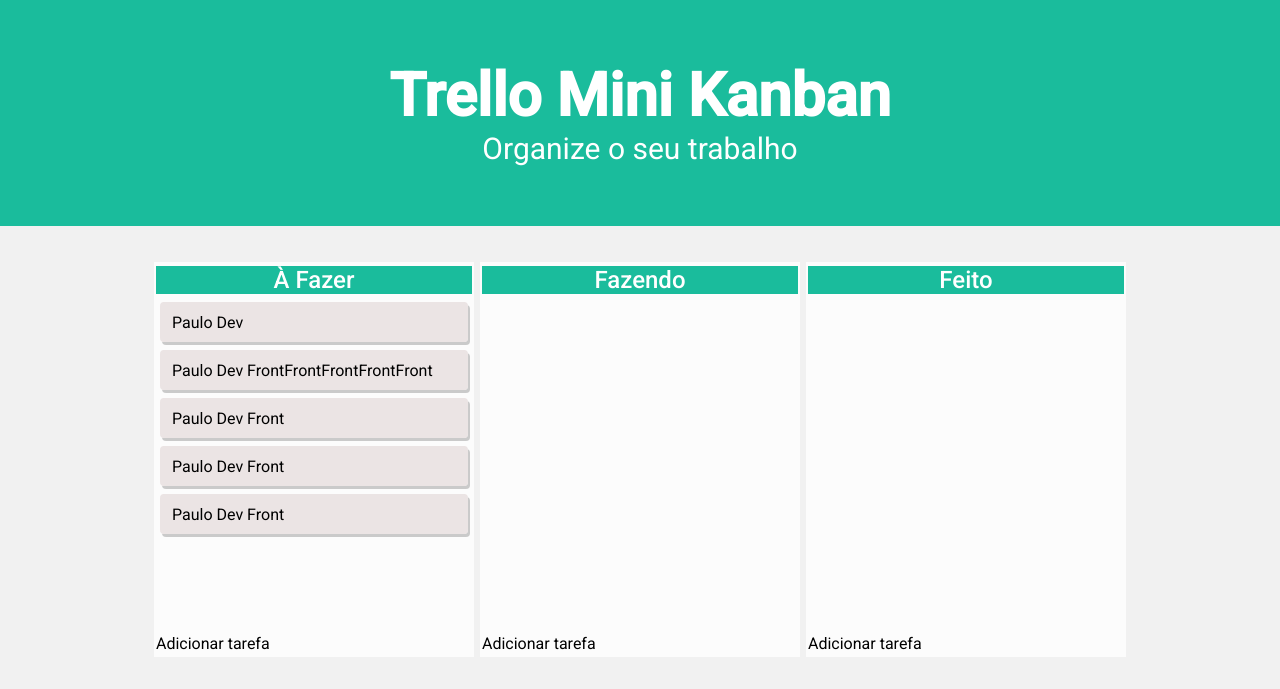
Repository: douglasabnovato/byteclass
Page: trello-mini-kanban/index.html
The author's editor kept a copy of each file at every save. The page is drawn from the files as they stood at one save, then again after the next save.
The browser window is 1280 px wide. The pictures show the whole page.

Above is the page before, as saved 2025-07-31 21:26:07.

### trello-mini-kanban/index.html
<!DOCTYPE html>
<html>
  <head>
    <meta charset="UTF-8" />
    <meta http-equiv="X-UA-Compatible" content="IE=edge" />
    <meta name="viewport" content="width=device-width, initial-scale=1.0" />
    <link
      rel="stylesheet"
      href="https://cdnjs.cloudflare.com/ajax/libs/font-awesome/4.7.0/css/font-awesome.min.css"
    />
    <title>Trello Mini Kanban</title>
    <link rel="stylesheet" href="./style.css" />
  </head>

  <body>
    <div id="home" class="container content">
      <header>
        <h1>Trello Mini Kanban</h1>
        <p>Organize o seu trabalho</p>
      </header>

      <main>
        <div class="board">
          <h3 class="title">À Fazer</h3>
          <ul
            id="a-fazer"
            class="todo-list"
            ondrop="drop(event, this.id)"
            ondragover="over(event)"
          >
            <li>Paulo Dev </li>
            <li>Paulo Dev FrontFrontFrontFrontFront</li>
            <li>Paulo Dev Front</li>
            <li>Paulo Dev Front</li>
            <li>Paulo Dev Front</li>
          </ul>
          <div class="add-card" onclick="addCard(this)">
            <p>Adicionar tarefa</p>
          </div>
        </div>

        <div class="board">
          <h3 class="title">Fazendo</h3>
          <ul
            id="fazendo"
            class="todo-list"
            ondrop="drop(event, this.id)"
            ondragover="over(event)"
          ></ul>
          <div class="add-card" onclick="addCard(this)">
            <p>Adicionar tarefa</p>
          </div>
        </div>

        <div class="board">
          <h3 class="title">Feito</h3>
          <ul
            id="feito"
            class="todo-list"
            ondrop="drop(event, this.id)"
            ondragover="over(event)"
          ></ul>
          <div class="add-card" onclick="addCard(this)">
            <p>Adicionar tarefa</p>
          </div>
        </div>
      </main>
    </div>

    <script src="./script.js"></script>
  </body>
</html>

### trello-mini-kanban/style.css
@import url("https://fonts.googleapis.com/css2?family=Roboto:wght@100;300;400;500&display=swap");

* {
  box-sizing: border-box;
  margin: 0;
}

body {
  background-color: #f1f1f1;
  font-family: "Roboto", sans-serif;
}

header {
  padding: 60px;
  text-align: center;
  background: #1abc9c;
  color: white;
  font-size: 30px;
}

main {
  display: flex;
  flex-wrap: wrap;
  justify-content: center;
  padding-block: 36px;
  gap: 6px;
}

.board {
  display: flex;
  flex-direction: column;
  gap: 4px;
  padding-block: 4px;
  padding-inline: 2px;
  width: 320px;
  background-color: rgba(255, 255, 255, 0.8);
}

.board .title {
  background-color: #1abc9c;
  color: white;
  text-align: center;
  font-size: 24px;
  font-weight: 500;
}

.board ul {
  display: flex;
  flex-wrap: wrap;
  align-content: flex-start;
  min-height: 332px;
  padding: 4px;
  list-style-type: none;
  gap: 8px 12px;
}

.board ul li {
  display: flex;
  align-items: center;
  width: 100%;
  height: 40px;
  padding: 8px 12px;
  background-color: rgba(232, 225, 225, 0.873);
  box-shadow: 2px 3px rgba(0, 0, 0, 0.2);
  border-radius: 4px;
}

/*

.board li:hover {
  cursor: move;
  background-color: rgba(200, 200, 200, 0.5);
  box-shadow: 2px 2px rgba(0, 0, 0, 0.4);
}

.board .todo-list .remove {
  width: 16px;
  height: 16px;
  border-radius: 50%;
  text-align: center;
  font-size: 12px;
  color: #c3c3c3;
}

.board .todo-list .remove:hover {
  cursor: pointer;
  background-color: lightcoral;
}

.board .add-card {
  background-color: rgba(200, 200, 200, 0.8);
  border-radius: 2px;
  box-shadow: 2px 2px rgba(0, 0, 0, 0.2);
  margin: 4px 4px;
}

.board .add-card:hover {
  background-color: rgba(192, 182, 182, 0.95);
  cursor: pointer;
  box-shadow: 2px 2px rgba(0, 0, 0, 0.4);
}

.board .add-card p {
  font-size: 16px;
  padding: 15px 10px;
  font-weight: 100;
}
*/

### trello-mini-kanban/script.js

// function addCard(element) {
//   const ulId = element.previousElementSibling.id;
//   const text = prompt("Qual é a tarefa?");
//   const board = document.getElementById(ulId);

//   const template = `
//     <li id="${new Date().getTime()}" draggable="true" ondragstart="drag(event)">
//         <p>${text}</p>
//         <p class="remove" onclick="removeCard(this)">x</p>
//     </li>
//   `;

//   board.innerHTML += template;
// }

// /* remover uma tarefa */
// function removeCard(element) {
//   document.getElementById(element.parentElement.id).remove();
// }

// /* arrastar uma tarefa entre os quadros */
// function drag(event) {
//   event.dataTransfer.setData("card", event.target.id);
// }

// function over(event) {
//   event.preventDefault();
// }

// function drop(event, id) {
//   event.preventDefault();

//   const target = document.getElementById(id);
//   const data = event.dataTransfer.getData("card");
//   const card = document.getElementById(data);

//   target.appendChild(card);
//   event.dataTransfer.clearData();
// }

After the next save:
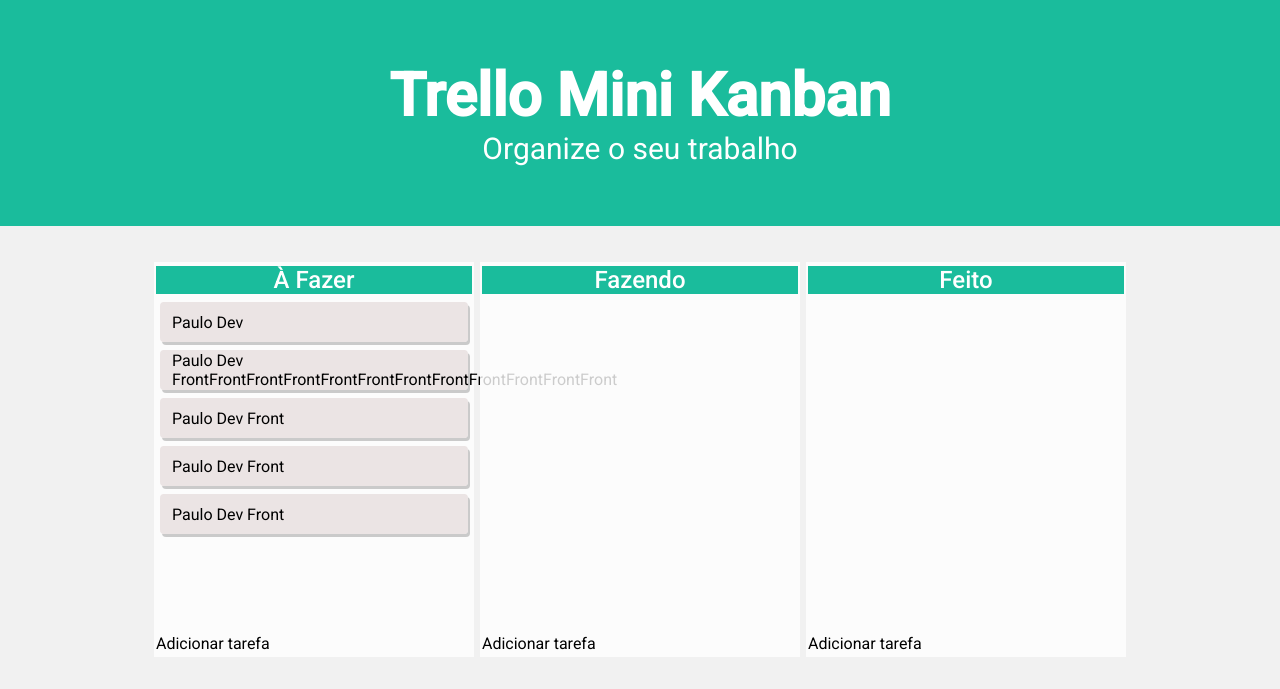
Saved 15 s later.
--- a/trello-mini-kanban/index.html
+++ b/trello-mini-kanban/index.html
@@ -29,7 +29,7 @@
             ondragover="over(event)"
           >
             <li>Paulo Dev </li>
-            <li>Paulo Dev FrontFrontFrontFrontFront</li>
+            <li>Paulo Dev FrontFrontFrontFrontFrontFrontFrontFrontFrontFrontFrontFront</li>
             <li>Paulo Dev Front</li>
             <li>Paulo Dev Front</li>
             <li>Paulo Dev Front</li>
